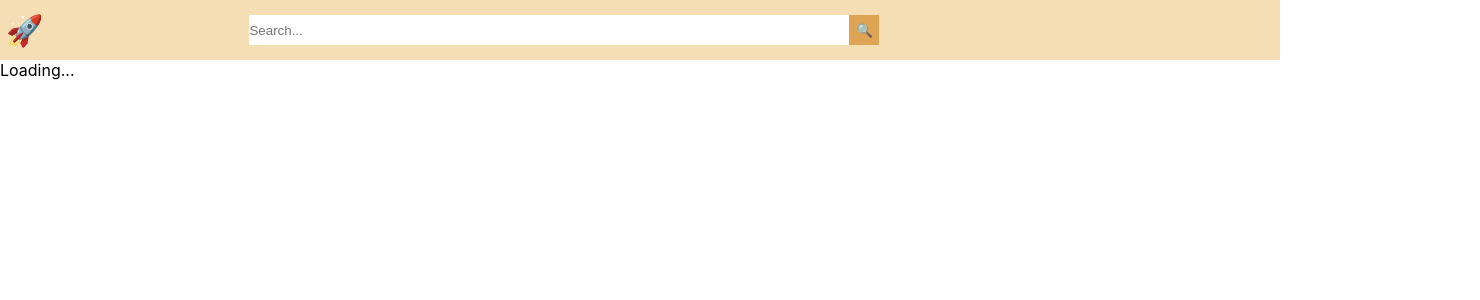
Repository: YEOMJINSEOP/React
Page: / (app in reactube/)
An editor plug-in stored every save of this project. The page is shown before and after a run of saves, followed by the edit.
The browser window is 1280 px wide. The page is 1280 px wide, then 1480 px, then 1280 px, so the pictures cover 1480 px, including what lies to the right of the window. The pictures show the whole page.
The page's requests for data from a server got no answer. The project was rebuilt for these pictures with package versions that can differ from the ones it lists, and the page was loaded fresh each time. No one was signed in, and anything a server would have sent is missing. Also part of the build but not shown: reactube/src/app.css, reactube/src/components/videoList/VideoList.module.css, reactube/src/components/videoList/VideoList.jsx.

Above is the page before, as saved 2023-01-17 11:40:21.

### reactube/public/index.html
<!DOCTYPE html>
<html lang="en">
  <head>
    <meta charset="utf-8" />
    <link rel="icon" href="%PUBLIC_URL%/favicon.ico" />
    <meta name="viewport" content="width=device-width, initial-scale=1" />
    <meta name="theme-color" content="#000000" />
    <meta
      name="description"
      content="Web site created using create-react-app"
    />

    <title>Reactube 💠</title>
  </head>
  <body>
    <noscript>You need to enable JavaScript to run this app.</noscript>
    <div id="root"></div>
  </body>
</html>

### reactube/src/app.jsx
import React from 'react';
import './app.css';
import{QueryClient, QueryClientProvider} from '@tanstack/react-query'
import VideoList from './components/videoList/VideoList';
import Header from './components/header/Header';

const queryClient = new QueryClient();
function App() {
  return (
    <QueryClientProvider client={queryClient}>
      <Header/>
      <VideoList/>
    </QueryClientProvider>
  )
}

export default App;

### reactube/src/components/header/Header.jsx
import React from 'react';
import styles from './Header.module.css';

function Header(props) {
  return (
    <div className={styles.header}>
      <button className={styles.logo} type='button'>🚀</button>
      <div className={styles.search}>
        <input className={styles.searchBox} type="text" placeholder='Search...' />
        <button type='submit' className={styles.searchBtn}>🔍</button>
      </div>
    </div>
  );
}

export default Header;

### reactube/src/components/header/Header.module.css
* {
  box-sizing: border-box;
}
button {
  background-color: transparent;
  outline: none;
  border: none;
}

.header{
  background-color: wheat;
  width: 100%;
  height: 60px;
  display: flex;
  justify-content: flex-start;
  align-items: center;
}

.logo{
  font-size: 30px;
  left: 30px;
}
.searchBox{
  width: 600px;
  height: 30px;
  position: relative;
  left: 200px;
  outline: none;
  border: none;
  padding: 0;
}

.searchBtn{
  position: relative;
  left: 200px;
  width: 30px;
  height: 30px;
  background-color: rgba(211, 133, 31, 0.647);
}

Loaded but not shown: reactube/src/index.js (common file); reactube/src/index.css (common file)

After the next 2 saves:
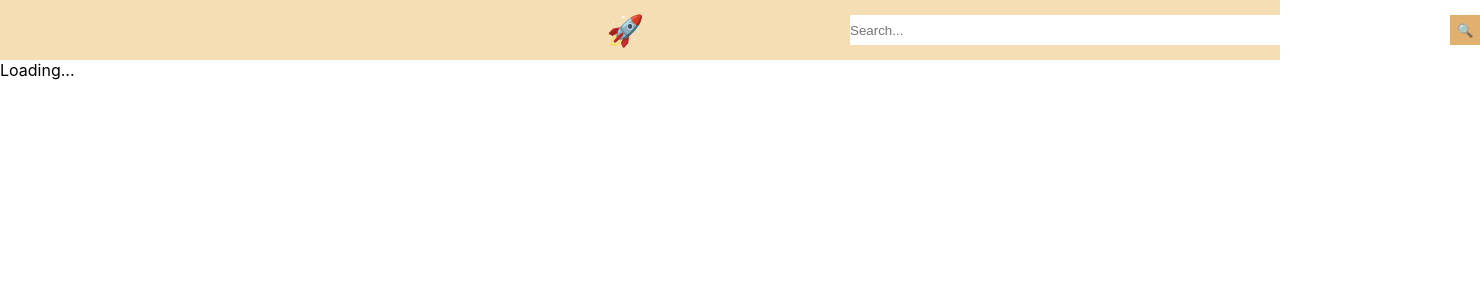
The 2 saves are shown as one change because they came seconds apart.
The last was saved 11 s later.
--- a/reactube/src/components/header/Header.module.css
+++ b/reactube/src/components/header/Header.module.css
@@ -12,7 +12,7 @@
   width: 100%;
   height: 60px;
   display: flex;
-  justify-content: flex-start;
+  justify-content:flex-end;
   align-items: center;
 }
 

After the save that followed:
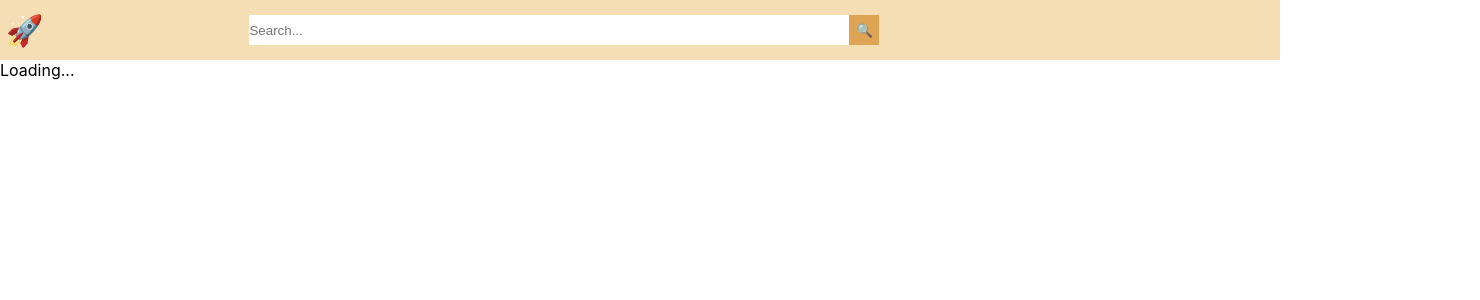
Saved 4 s later.
--- a/reactube/src/components/header/Header.module.css
+++ b/reactube/src/components/header/Header.module.css
@@ -12,7 +12,7 @@
   width: 100%;
   height: 60px;
   display: flex;
-  justify-content:flex-end;
+  justify-content:flex-start;
   align-items: center;
 }
 
